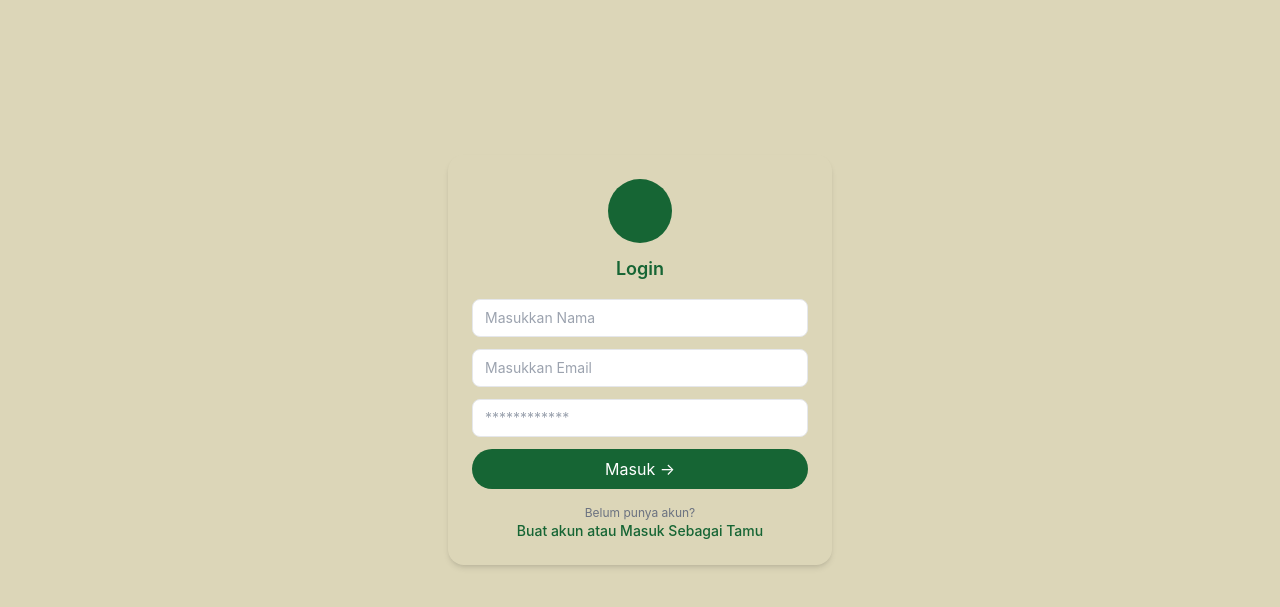
Repository: PajarAland/DiagramCoffee
Page: /login
The author's editor kept a copy of each file at every save. The page is drawn from the files as they stood at one save, then again after the next save.
The browser window is 1280 px wide. The pictures show the whole page.
The project was rebuilt for these pictures with package versions that can differ from the ones it lists, and the page was loaded fresh each time. Also part of the build but not shown: vite.config.js, src/pages/Landing.jsx.

Above is the page before, as saved 2026-04-25 01:04:27.

### index.html
<!doctype html>
<html lang="en">
  <head>
    <meta charset="UTF-8" />
    <link rel="icon" type="image/svg+xml" href="/favicon.svg" />
    <meta name="viewport" content="width=device-width, initial-scale=1.0" />
    <title>diagramcoffee</title>
  </head>
  <body>
    <div id="root"></div>
    <script type="module" src="/src/main.jsx"></script>
  </body>
</html>

### src/index.css
@tailwind base;
@tailwind components;
@tailwind utilities;

body {
  @apply font-sans;
}

### src/App.jsx
import { BrowserRouter, Routes, Route } from "react-router-dom";
import Landing from "./pages/Landing";
import Login from "./pages/Login";

function App() {
  return (
    <BrowserRouter>
      <Routes>
        <Route path="/" element={<Landing />} />
        <Route path="/login" element={<Login />} />
      </Routes>
    </BrowserRouter>
  );
}

export default App;

### src/pages/Login.jsx
import { useState } from "react";

function Login() {
  const [email, setEmail] = useState("");
  const [password, setPassword] = useState("");

  const handleLogin = (e) => {
    e.preventDefault();
    console.log({ email, password });
    // nanti connect ke Laravel API di sini
  };

  return (
    <div className="min-h-screen bg-[#dcd6b8] flex items-center justify-center">
      <div className="bg-[FDFBF8] w-full max-w-sm rounded-2xl p-6 shadow-md text-center">

        {/* Avatar */}
        <div className="w-16 h-16 bg-green-800 rounded-full mx-auto mb-3"></div>

        {/* Title */}
        <h2 className="text-green-800 font-semibold text-lg mb-4">
          Login
        </h2>

        {/* Form */}
        <form onSubmit={handleLogin} className="space-y-3">

          <input
            type="text"
            placeholder="Masukkan Nama"
            className="w-full border rounded-lg px-3 py-2 text-sm outline-none"
          />

          <input
            type="email"
            placeholder="Masukkan Email"
            value={email}
            onChange={(e) => setEmail(e.target.value)}
            className="w-full border rounded-lg px-3 py-2 text-sm outline-none"
          />

          <input
            type="password"
            placeholder="************"
            value={password}
            onChange={(e) => setPassword(e.target.value)}
            className="w-full border rounded-lg px-3 py-2 text-sm outline-none"
          />

          {/* Button */}
          <button
            type="submit"
            className="w-full bg-green-800 text-white py-2 rounded-full mt-2"
          >
            Masuk →
          </button>
        </form>

        {/* Footer */}
        <p className="text-xs text-gray-500 mt-4">
          Belum punya akun?
        </p>

        <div className="text-sm text-green-800 font-medium">
          Buat akun atau Masuk Sebagai Tamu
        </div>
      </div>
    </div>
  );
}

export default Login;

### tailwind.config.js
/** @type {import('tailwindcss').Config} */
export default {
  content: [
    "./index.html",
    "./src/**/*.{js,jsx,ts,tsx}",
  ],
  theme: {
    fontFamily: {
      sans: ["Inter", "ui-sans-serif", "system-ui"],
    },
    extend: {},
  },
  plugins: [],
}

Loaded but not shown: src/main.jsx (common file)

After the next save:
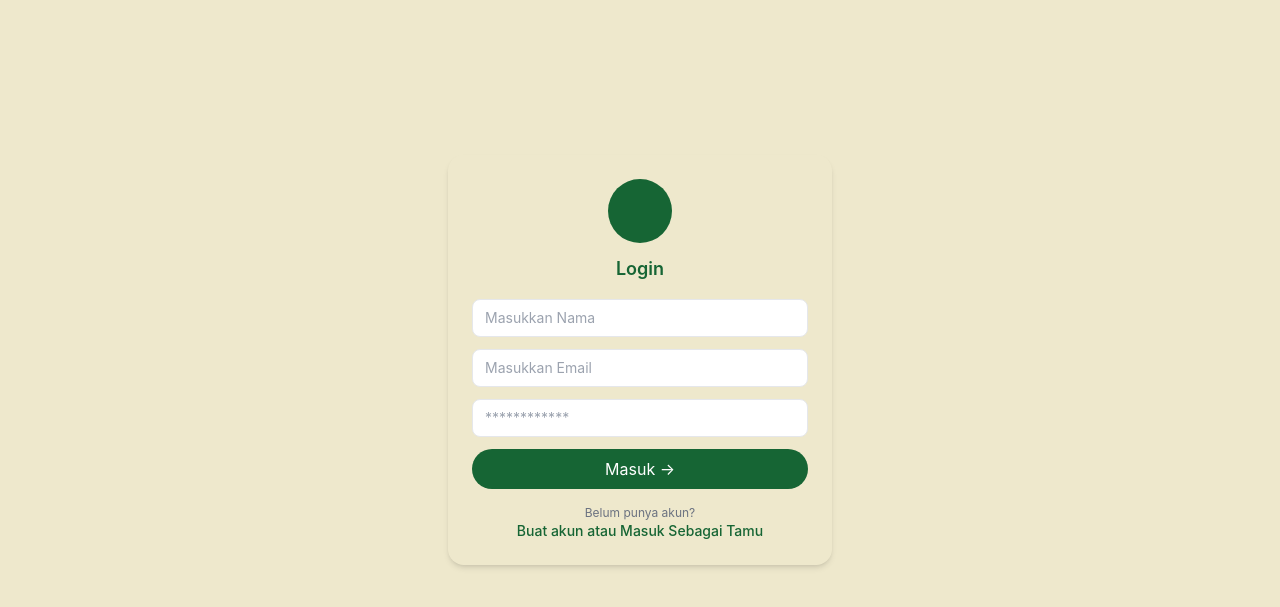
Saved 30 s later.
--- a/src/pages/Login.jsx
+++ b/src/pages/Login.jsx
@@ -11,7 +11,7 @@ function Login() {
   };
 
   return (
-    <div className="min-h-screen bg-[#dcd6b8] flex items-center justify-center">
+    <div className="min-h-screen bg-[#EEE8CC] flex items-center justify-center">
       <div className="bg-[FDFBF8] w-full max-w-sm rounded-2xl p-6 shadow-md text-center">
 
         {/* Avatar */}
